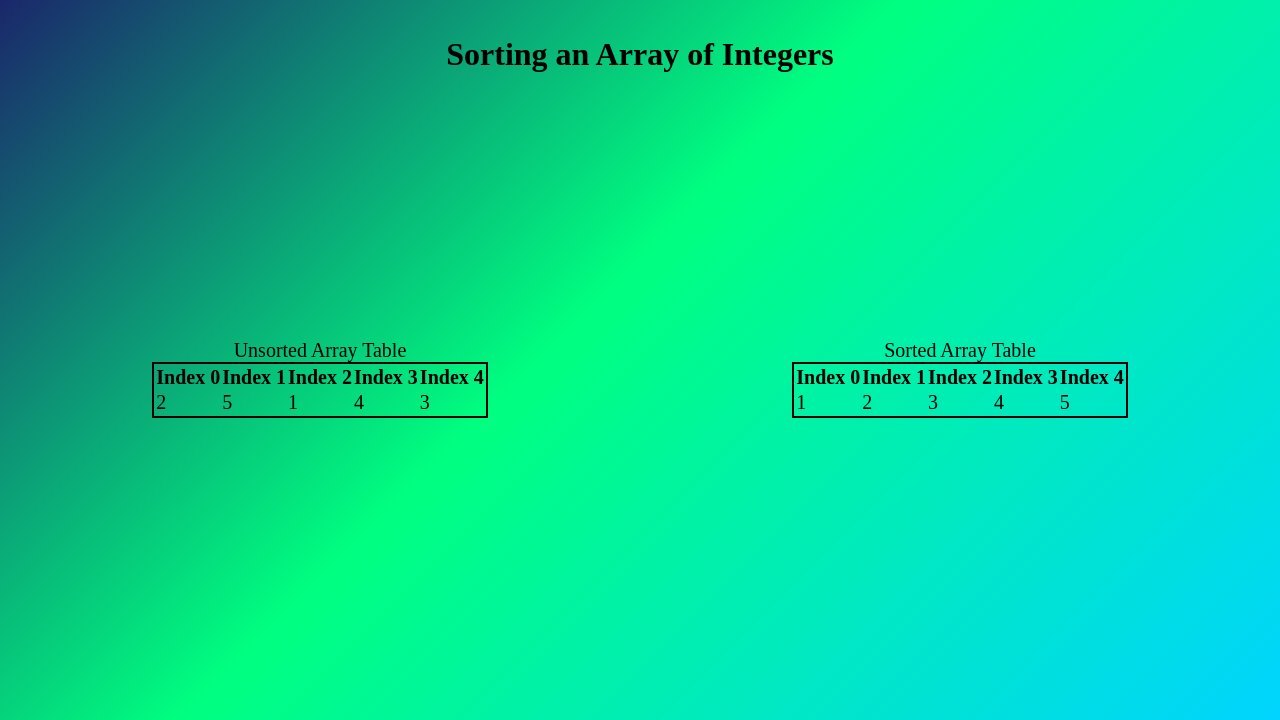
Repository: mlmEFSC21/P16-Sorting-Integers
Page: sort.html
The author's editor kept a copy of each file at every save. The page is drawn from the files as they stood at one save, then again after the next save.
The browser window is 1280 px wide. The pictures show the whole page.

Above is the page before, as saved 2022-03-24 18:22:47.

### sort.html
<!DOCTYPE html>
<html lang="en">
    <head>
        <meta charset="UTF-8" />
        <meta http-equiv="X-UA-Compatible" content="IE=edge" />
        <meta name="viewport" content="width=device-width, initial-scale=1.0" />
        <link rel="stylesheet" href="sort.css" />
        <!-- <script defer src="sort.js"></script> -->
        <title>Array Sorting</title>
    </head>
    <body>
        <header class="mainHeader">
            <h1>Sorting an Array of Integers</h1>
        </header>
        <section>
            <div class="arrayContainer" id="arrayContainer">
                <!-- <h2 class="unsorted" id="unsorted">Array 1</h2>
                <h2 class="sorted" id="sorted">Array 2</h2> -->
                <table class="unsortedTable" id="unsortedTable">
                    <caption>
                        Unsorted Array Table
                    </caption>
                    <thead>
                        <th>Index 0</th>
                        <th>Index 1</th>
                        <th>Index 2</th>
                        <th>Index 3</th>
                        <th>Index 4</th>
                    </thead>
                    <tbody>
                        <tr>
                            <td>2</td>
                            <td>5</td>
                            <td>1</td>
                            <td>4</td>
                            <td>3</td>
                        </tr>
                    </tbody>
                </table>
                <table class="sortedTable" id="sortedTable">
                    <caption>
                        Sorted Array Table
                    </caption>
                    <thead>
                        <th>Index 0</th>
                        <th>Index 1</th>
                        <th>Index 2</th>
                        <th>Index 3</th>
                        <th>Index 4</th>
                    </thead>
                    <tbody>
                        <tr>
                            <td>1</td>
                            <td>2</td>
                            <td>3</td>
                            <td>4</td>
                            <td>5</td>
                        </tr>
                    </tbody>
                </table>
            </div>
        </section>
    </body>
</html>

### sort.css
:root {
    --clr-background: #00ff8f;
    --clr-primary: #00f0ff;
    --clr-secondary: #00ff0f;
}
*,
*::after,
*::before {
    box-sizing: border-box;
    margin: 0;
    padding: 0;
}
body {
    font-size: 0.875;
    background-color: var(--clr-background);
    background-repeat: no-repeat;
    background-size: cover;
    background: linear-gradient(
        135deg,
        rgba(26, 39, 107, 1) 0%,
        rgba(0, 255, 128, 1) 45%,
        rgba(0, 212, 255, 1) 100%
    );
    height: 100vh;
}
.mainHeader {
    height: 15vh;
    display: flex;
    align-items: center;
    justify-content: center;
}
.arrayContainer {
    height: min(75vh, 640px);
    display: flex;
    align-items: center;
    justify-content: space-around;
}
table {
    font-size: 1.25rem;
    border: 2px solid black;
    margin: 10px 15px;
}

After the next save:
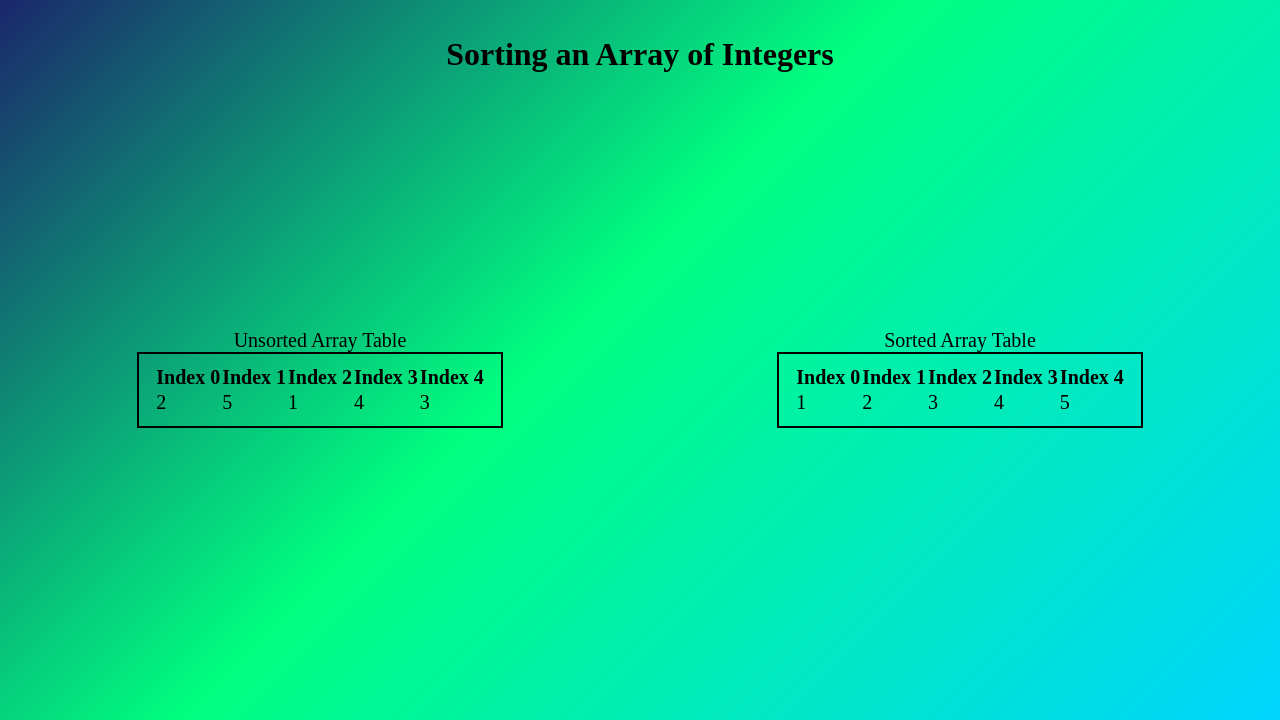
Saved 14 s later.
--- a/sort.css
+++ b/sort.css
@@ -39,4 +39,5 @@ table {
     font-size: 1.25rem;
     border: 2px solid black;
     margin: 10px 15px;
+    padding: 10px 15px;
 }
